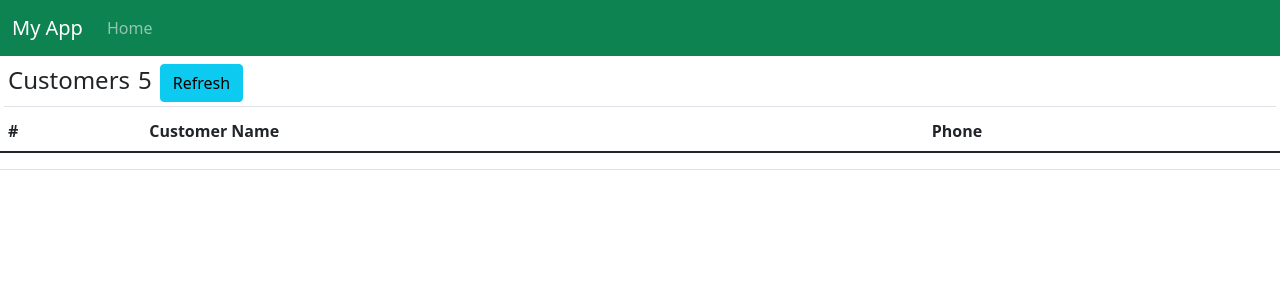
Repository: smit1298/e-commerce
Page: /
These files come from the project's save history. The page is drawn as it stood at one moment and after a run of saves; the edit follows.
The browser window is 1280 px wide. The pictures show the whole page.
The project was rebuilt for these pictures with package versions that can differ from the ones it lists, and the page was loaded fresh each time.

Above is the page before, as saved 2022-05-10 16:58:58.

### src/index.js
import React from "react";
import ReactDOM from "react-dom";
import "jquery";
import "popper.js/dist/umd/popper";
import "bootstrap/dist/js/bootstrap";
import "bootstrap/dist/css/bootstrap.css";
import "./index.css";
import App from "./App";

ReactDOM.render(<App />, document.getElementById("root"));

### src/index.css
* {
    box-sizing: border-box;
}

.highlight{
    background-color: #80c0b5;
}

.navbar-style{
    background-color: #0c8351 !important;
}

### src/App.jsx
import React, { Component } from "react";
import MainContent from "./MainContent";
import NavBar from "./NavBar";

export default class App extends Component {
  render() {
    return (
      <React.Fragment>
        <NavBar />
        <MainContent />
      </React.Fragment>
    );
  }
}

### src/MainContent.jsx
import React, { Component } from "react";

export default class MainContent extends Component {
  state = {
    pageTitle: "Customers",
    customersCount: 5,
    customers: [
      { id: 1, name: "scot", phone: "123-456" },
      { id: 2, name: "Jones", phone: "789-012" },
      { id: 3, name: "Alen", phone: "345-678" },
      { id: 4, name: "John", phone: "901-234" },
      { id: 5, name: "James", phone: "567-890" }
    ]
  };

  render() {
    return (
      <div>
        <h4 className="border-bottom m-1 p-1">
          {this.state.pageTitle}
          <span className="m-2">{this.state.customersCount}</span>
          <button className="btn btn-info" onClick={this.onRefreshClick}>
            Refresh
          </button>
        </h4>
        <table className="table">
          <thead>
            <tr>
              <th>#</th>
              <th>Customer Name</th>
              <th>Phone</th>
            </tr>
          </thead>
          <tbody>
          {this.state.customers.map(() => {
              return
          })}
            <tr>
              <td></td>
              <td></td>
              <td></td>
            </tr>
          </tbody>
        </table>
      </div>
    );
  }

  //   Executes when the user clicks on refresh button
  onRefreshClick = () => {
    this.setState({
      customersCount: 7
    });
  };
}

### src/NavBar.jsx
import React, { Component } from "react";

class NavBar extends Component {
  render() {
    return (
      <React.Fragment>
        <nav className="navbar navbar-expand-lg navbar-dark bg-dark navbar-style">
          <div className="container-fluid">
            <a className="navbar-brand" href="/#">
              My App
            </a>
            <button
              className="navbar-toggler"
              type="button"
              data-bs-toggle="collapse"
              data-bs-target="#navbarSupportedContent"
              aria-controls="navbarSupportedContent"
              aria-expanded="false"
              aria-label="Toggle navigation"
            >
              <span className="navbar-toggler-icon"></span>
            </button>

            <div
              className="collapse navbar-collapse"
              id="navbarSupportedContent"
            >
              <ul className="navbar-nav me-auto mb-2 mb-lg-0">
                <li className="nav-item">
                  <a className="nav-link" href="/#">
                    Home
                  </a>
                </li>
              </ul>
            </div>
          </div>
        </nav>
      </React.Fragment>
    );
  }
}

export default NavBar;

Loaded but not shown: public/index.html (common file)

After the next 2 saves:
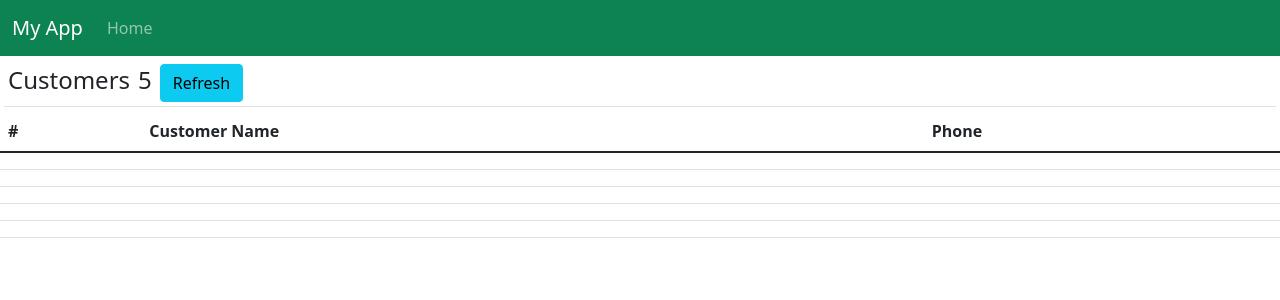
The 2 saves are shown as one change because 1 did not build or start.
The last was saved 16 s later.
--- a/src/MainContent.jsx
+++ b/src/MainContent.jsx
@@ -33,13 +33,15 @@ export default class MainContent extends Component {
           </thead>
           <tbody>
           {this.state.customers.map(() => {
-              return
-          })}
-            <tr>
+              return(
+                  <tr>
               <td></td>
               <td></td>
               <td></td>
             </tr>
+              )
+          })}
+
           </tbody>
         </table>
       </div>
